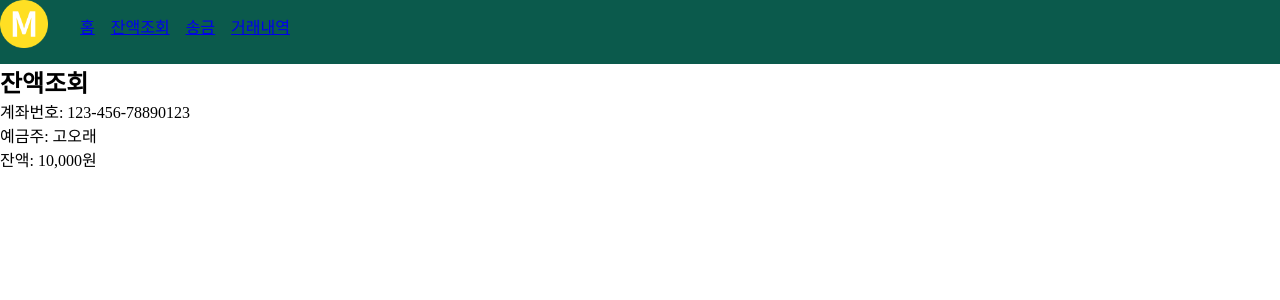
Repository: JiNookk/makaobank
Page: week06/makaoBank/amount.html
An editor plug-in stored every save of this project. The page is shown before and after the next save, followed by the edit.
The browser window is 1280 px wide. The pictures show the whole page.

Above is the page before, as saved 2022-09-13 14:19:03.

### week06/makaoBank/amount.html
<!DOCTYPE html>
<html lang="ko">
    <head>
        <meta charset="UTF-8">
        <title>마카오 뱅크</title>
        <!-- <link rel="favicon for makaoBank" href="./resources/logo.png"> favicon나중에 넣어보기-->
        <link rel="stylesheet" href="./css/reset.css">
        <link rel="stylesheet" href="./css/layout.css">
        <link rel="stylesheet" href="./css/elements.css">
    </head>
    <body>
        <header>
            <section >
                <nav id="nav-item-container">
                    <a href="./index.html">
                        <img id="home-logo" alt="makaoBank home Button" src="./resources/logo.png">
                    </a>
                    <a href="./index.html">홈</a>
                    <a href="./amount.html">잔액조회</a>
                    <a href="./transfer.html">송금</a>
                    <a href="./transaction.html">거래내역</a>                 </nav>
            </section>

        </header>
        <main>
            <section>
                <h1>잔액조회</h1>
                <p>계좌번호: 123-456-78890123</p>
                <p>예금주: 고오래</p>
                <p>잔액: 10,000원</p>
             </section>
        </main>
    </body>
</html>

### week06/makaoBank/css/reset.css
* {
    box-sizing: border-box;
    margin: 0px;
    padding: 0px;
}

### week06/makaoBank/css/layout.css
header{
    height: 4rem;
    background-color: rgb(11,90,76);
    display: block;
}

### week06/makaoBank/css/elements.css
/* aside>div{
    background-image: url("../resources/saving.png");
    width: 100%;
    height: 100%;
} */

#nav-item-container{
    display: flex;

    align-items: center;
}

#nav-item-container *{
    margin-right: 1rem;
}


#home-logo{
    height: 3rem;
}

After the next save:
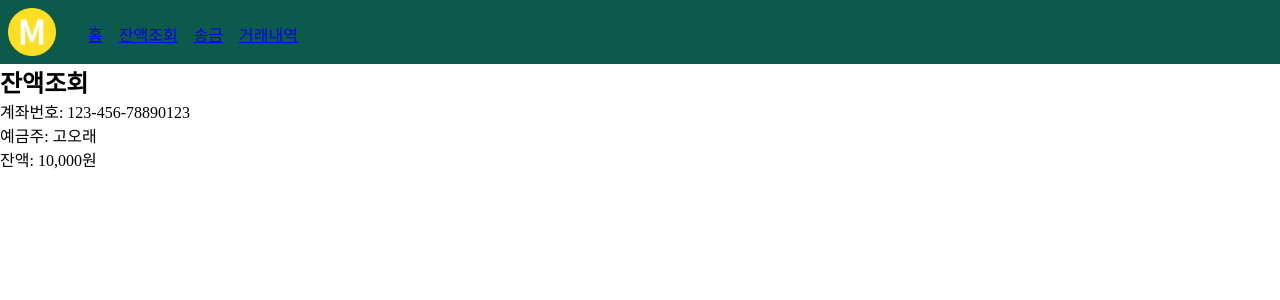
Saved 3 min 7 s later.
--- a/week06/makaoBank/css/elements.css
+++ b/week06/makaoBank/css/elements.css
@@ -8,6 +8,8 @@
     display: flex;
 
     align-items: center;
+
+    padding: .5rem;
 }
 
 #nav-item-container *{
